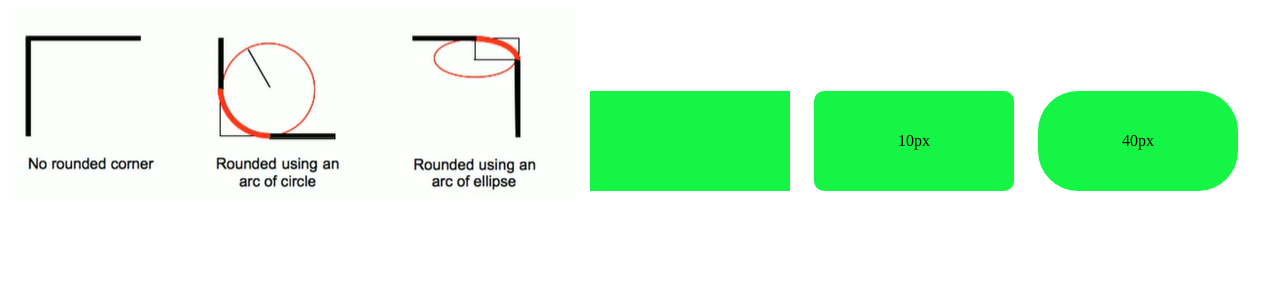
Repository: zhengdeya/web-based
Page: 33-圆角边框.html
These files come from the project's save history. The page is drawn as it stood at one moment and after the next save; the edit follows.
The browser window is 1280 px wide. The pictures show the whole page.

Above is the page before, as saved 2021-04-11 15:17:18.

After the next save:
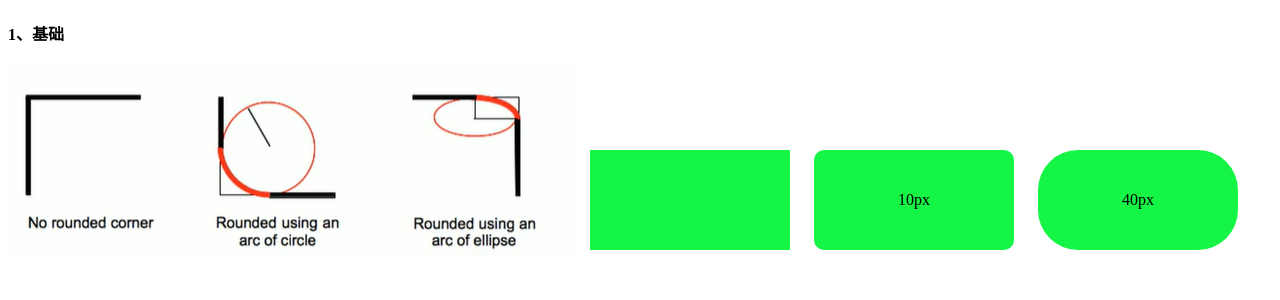
Saved 108 s later.
--- a/33-圆角边框.html
+++ b/33-圆角边框.html
@@ -31,6 +31,7 @@
 </head>
 
 <body>
+    <h4>1、基础</h4>
     <img src="imgs/圆角边框.png" alt="">
     <div class="box1"></div>
     <div class="box1 yuanjiao1">10px</div>
